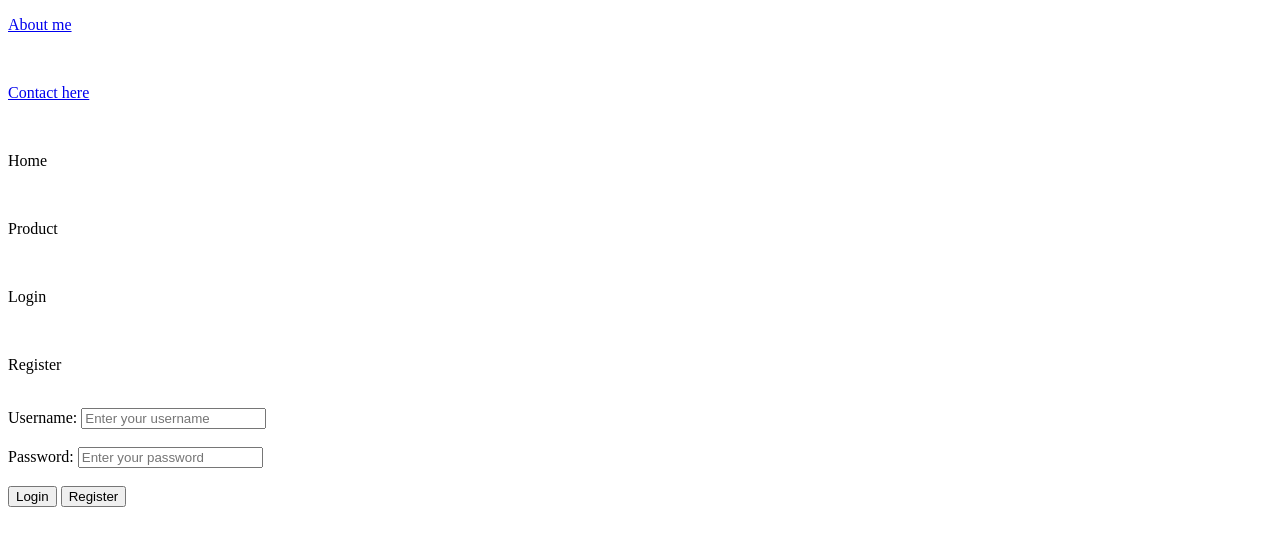
Repository: bao2222/hoc-lam-web
Page: welcome.html
An editor plug-in stored every save of this project. The page is shown before and after the next save, followed by the edit.
The browser window is 1280 px wide. The pictures show the whole page.

Above is the page before, as saved 2024-12-24 19:19:54.

### welcome.html
<!DOCTYPE html>
<html lang="en">

    <head>
        <meta charset="UTF-8">
        <title>Welcome</title>
        <meta content = "this is my website" name = "description">
        <meta author = "me">




    </head>

    <body>
        <header>
            <div>
                <div>
                <a href = "About-me.html" target = "_blank">
                    <p>About me</p><br>
                </a >
                <a href ="Contact-html" target = "_blank">
                    <p>Contact here</p><br>
                </a>
                <a>
                    <p>Home</p><br>
                </a>
                <a>
                    <p>Product</p><br>
                </a>
                <a>
                    <p>Login</p><br>
                </a>
                <a>
                    <p>Register</p><br>
                </a>
                </div>

                <div>
                    <form action="#" method="post">
                        <label for="username">Username:</label>
                        <input type="text" id="username" name="username" placeholder="Enter your username" required><br><br>
                        <label for="password">Password:</label>
                        <input type="password" id="password" name="password" placeholder="Enter your password" required><br><br>
                        <button type="submit">Login</button>
                        <button type="reset">Register</button>




                    </form>
                </div>





            </div>
        </header>
        <main></main>
        <footer></footer>




    </body>





</html>

After the next save:
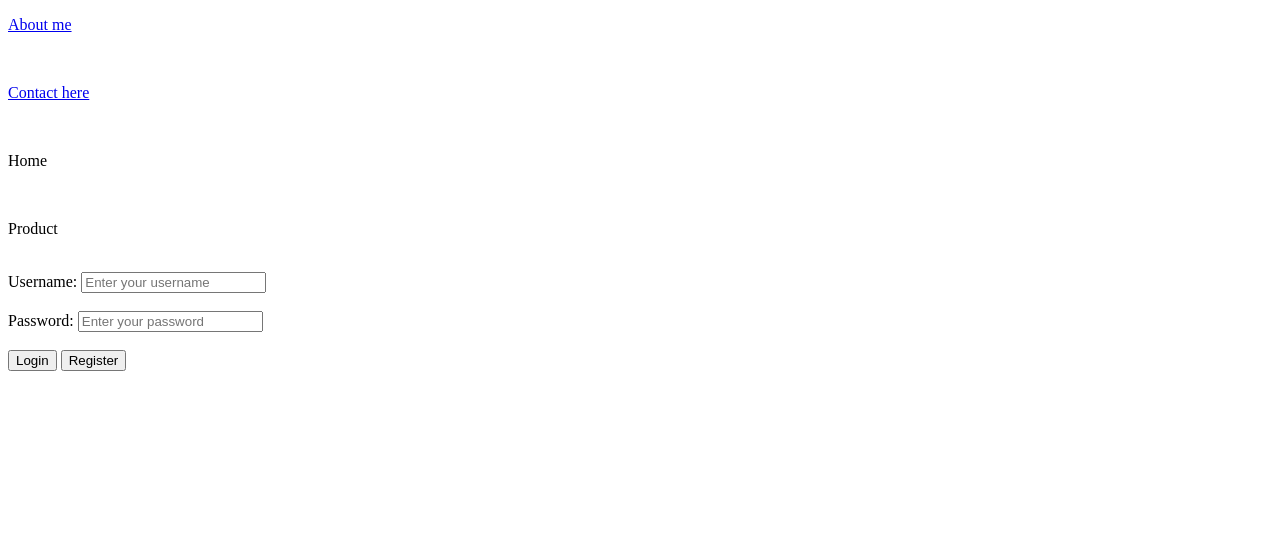
Saved 110 s later.
--- a/welcome.html
+++ b/welcome.html
@@ -27,12 +27,6 @@
                 </a>
                 <a>
                     <p>Product</p><br>
-                </a>
-                <a>
-                    <p>Login</p><br>
-                </a>
-                <a>
-                    <p>Register</p><br>
                 </a>
                 </div>
 
